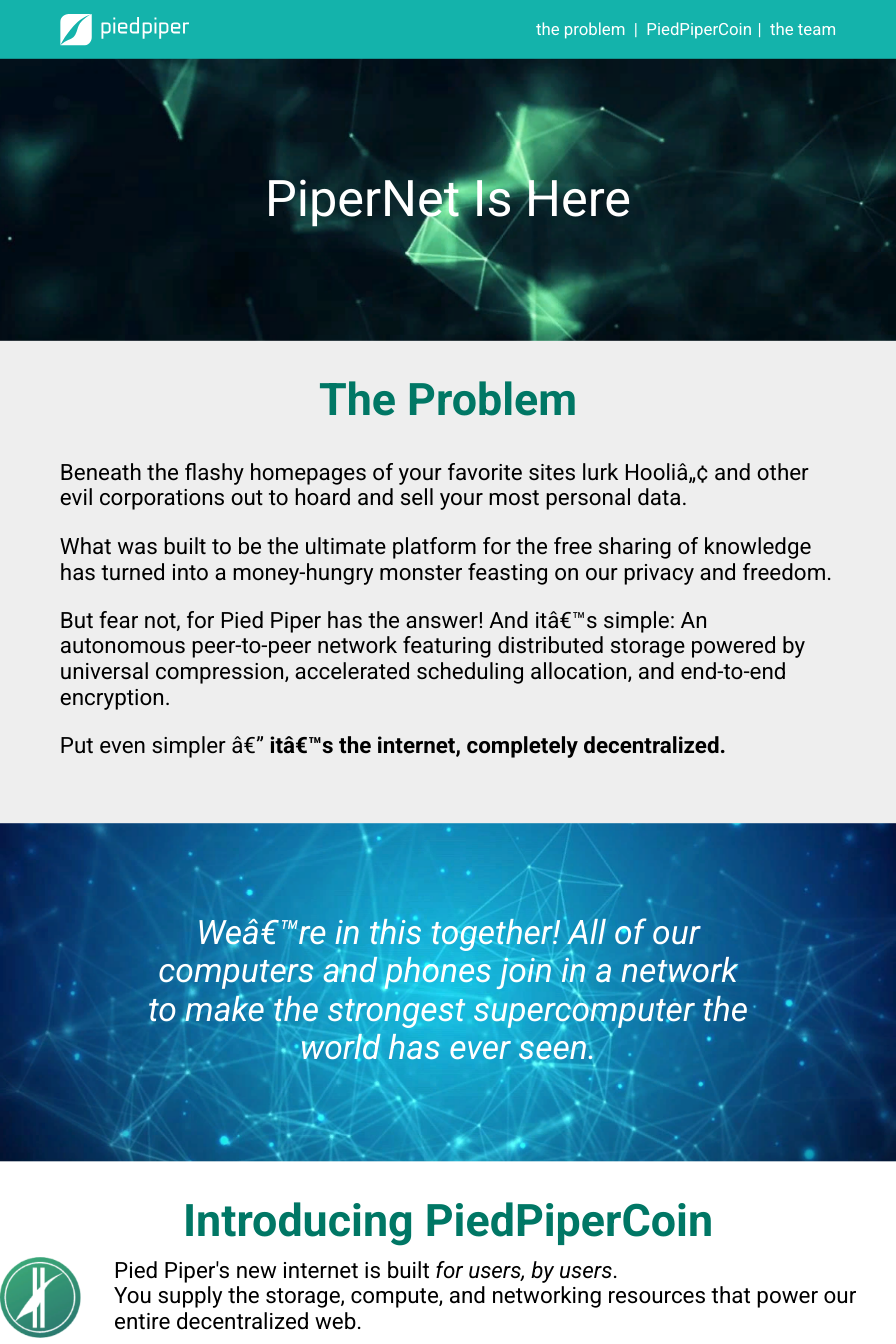
Repository: armus503/Pip_Piper
Page: Pip_Piper.html
An editor plug-in stored every save of this project. The page is shown before and after the next save, followed by the edit.
The browser window is 1280 px wide. The pictures show the part of the page from y = 0 to 1920 px (the page is 3234 px tall), at 70% of full size.

Above is the page before, as saved 2021-07-20 23:19:27.

After the next save:
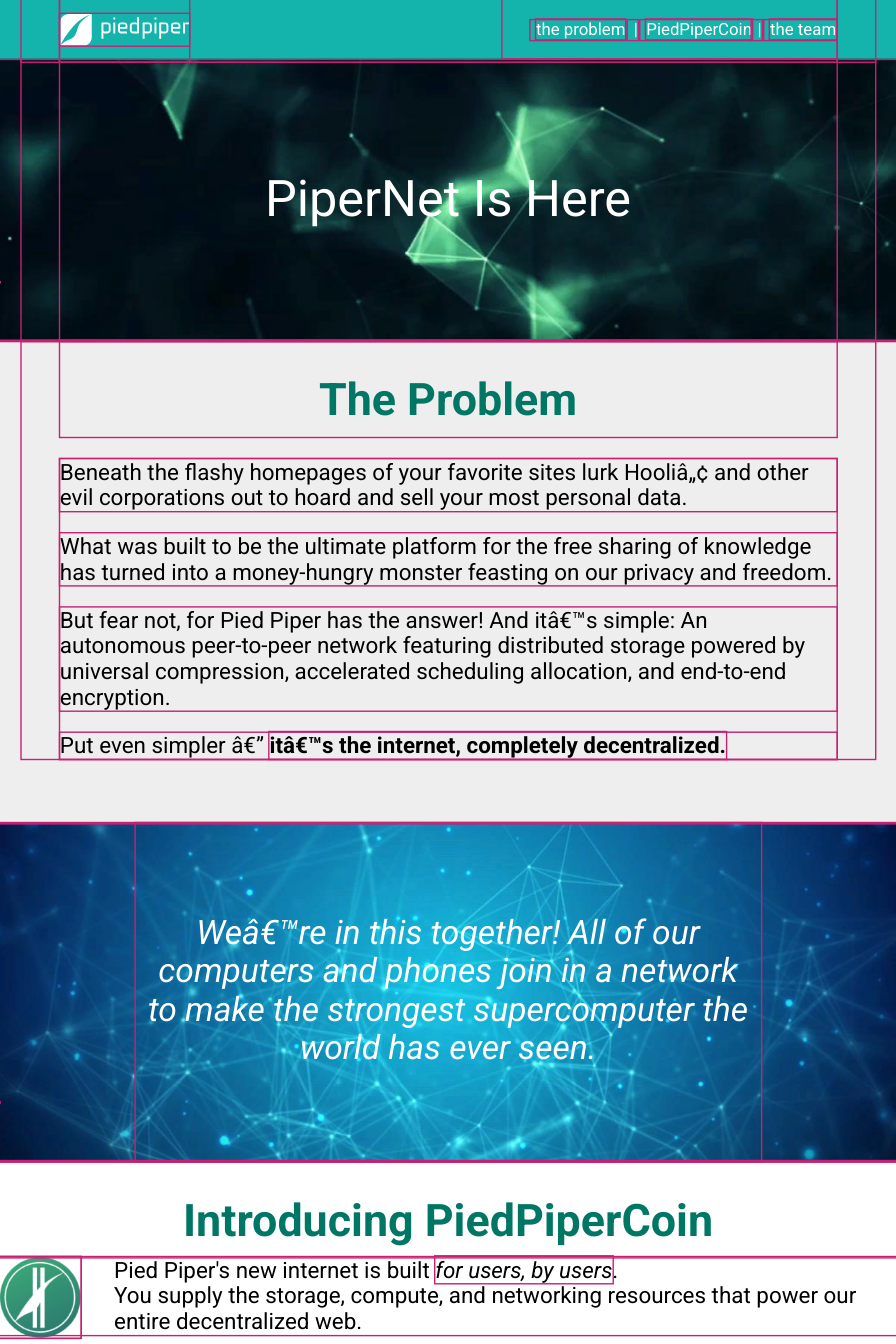
Saved 57 s later.
--- a/Pip_Piper.css
+++ b/Pip_Piper.css
@@ -754,6 +754,6 @@
 
 /*footer styles end*/
 
-html {
+* {
     outline: 2px solid rgb(197, 34, 116);
 }
